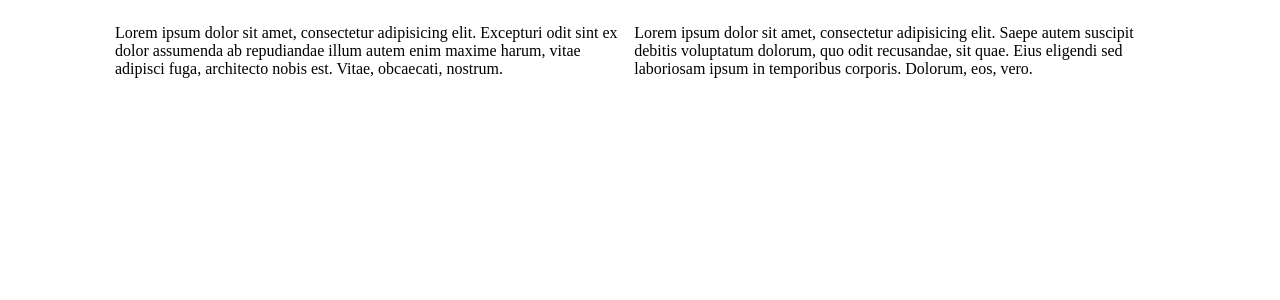
Repository: Vicky185/the-importance-of-this
Page: index.html
The author's editor kept a record of every edit. The page is drawn from the files as they stood at one moment, then again after the next edit.
The browser window is 1280 px wide. The pictures show the whole page.

Above is the page before.

### index.html
<!DOCTYPE html>
<html lang="en">

<head>
    <meta charset="UTF-8">
    <meta name="viewport" content="width=device-width, initial-scale=1.0">
    <meta http-equiv="X-UA-Compatible" content="ie=edge">
    <link rel="stylesheet" href="css/style.css" type="text/css" />
    <script type="text/javascript" src="js/jquery-3.4.1.js"></script>
    <title>Document</title>
</head>

<body>

    <div id="container">

        <div class="card">
            <p> Lorem ipsum dolor sit amet, consectetur adipisicing elit. Excepturi odit sint ex dolor assumenda ab repudiandae illum autem enim maxime harum, vitae adipisci fuga, architecto nobis est. Vitae, obcaecati, nostrum.
            </p>
        </div>

        <div class="card">
            <p> Lorem ipsum dolor sit amet, consectetur adipisicing elit. Saepe autem suscipit debitis voluptatum dolorum, quo odit recusandae, sit quae. Eius eligendi sed laboriosam ipsum in temporibus corporis. Dolorum, eos, vero.
            </p>
        </div>

    </div>

<script type="text/javascript" src="js/script.js"></script>
</body>

</html>

### css/style.css
#container {
    display: flex; /* makes our container in a flexbox*/
    flex-flow: row-wrap; /* layout the rows and wrap them*/
    box-sizing: border-box;
    margin-right: auto;
    margin-left: auto;
    max-width: 1050px;
}

### js/script.js
$(document).ready(function(){
   $(".box").on("click", function(){
      var classNames = $(this).attr("class").split(" ");
      var boxClass = classNames[0];
      var className = className[1];
      if ($(this).css("background-color") == "rbg(255, 0, 0)") {
          $("." + className).css("background-color", "#aaa");
      } else {
          $("." + boxClass).css("background-color", "#aaa");
          $("." + className).css("background-color", "red");
      }
   });
});

Loaded but not shown: js/jquery-3.4.1.js (library)

After the next edit:
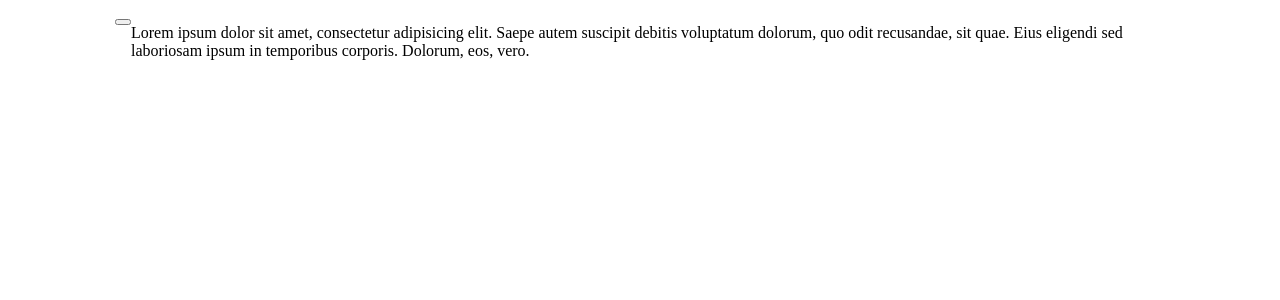
The edit:
--- a/index.html
+++ b/index.html
@@ -15,8 +15,7 @@
     <div id="container">
 
         <div class="card">
-            <p> Lorem ipsum dolor sit amet, consectetur adipisicing elit. Excepturi odit sint ex dolor assumenda ab repudiandae illum autem enim maxime harum, vitae adipisci fuga, architecto nobis est. Vitae, obcaecati, nostrum.
-            </p>
+            <button></button>
         </div>
 
         <div class="card">
